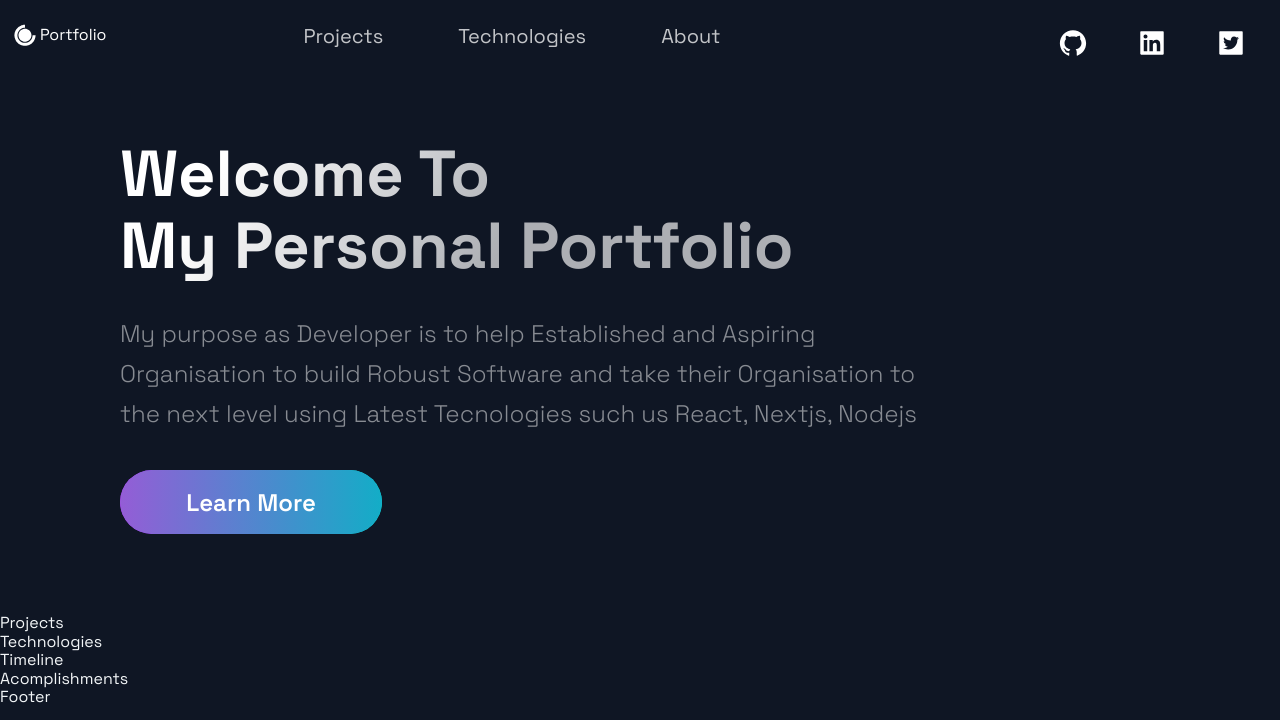
Repository: remydev47/portfolio2.0
Page: /
These files come from the project's save history. The page is drawn as it stood at one moment and after the next save; the edit follows.
The browser window is 1280 px wide. The pictures show the whole page.
The project was rebuilt for these pictures with package versions that can differ from the ones it lists, and the page was loaded fresh each time. The framework's server and built-in components were replaced by stand-ins that run in the browser. Also part of the build but not shown: next.config.js, src/components/BackgrooundAnimation/BackgroundAnimation.js. Imported but missing from the stored project, and not drawn on this page: src/constants/constants.

Above is the page before, as saved 2022-04-28 20:57:31.

### src/components/Hero/Hero.js
import React from 'react';

import { Section, SectionText, SectionTitle } from '../../styles/GlobalComponents';
import Button from '../../styles/GlobalComponents/Button';
import { LeftSection } from './HeroStyles';

const Hero = (props) => (
 <Section row nopadding>
   <LeftSection>
     <SectionTitle main center>
      {/* Hello i do development services*/}
       Welcome To<br/>
       My Personal Portfolio
     </SectionTitle>
     <SectionText>
       My purpose as Developer is to help Established and Aspiring Organisation to build Robust Software and take their Organisation to the next level using Latest Tecnologies such us React, Nextjs, Nodejs
     </SectionText>
     <Button onClick={() => window.location = 'https://google.com'}>Learn More</Button>
   </LeftSection>
 </Section>
);

export default Hero;

### src/components/TimeLine/TimeLine.js
import React, { useState, useRef, useEffect } from 'react';

import { CarouselButton, CarouselButtonDot, CarouselButtons, CarouselContainer, CarouselItem, CarouselItemImg, CarouselItemText, CarouselItemTitle, CarouselMobileScrollNode } from './TimeLineStyles';
import { Section, SectionDivider, SectionText, SectionTitle } from '../../styles/GlobalComponents';
import { TimeLineData } from '../../constants/constants';

const TOTAL_CAROUSEL_COUNT = TimeLineData.length;

const Timeline = () => {
  // const [activeItem, setActiveItem] = useState(0);
  // const carouselRef = useRef();

  // const scroll = (node, left) => {
  //   return node.scrollTo({ left, behavior: 'smooth' });
  // }

  // const handleClick = (e, i) => {
  //   e.preventDefault();

  //   if (carouselRef.current) {
  //     const scrollLeft = Math.floor(carouselRef.current.scrollWidth * 0.7 * (i / TimeLineData.length));

  //     scroll(carouselRef.current, scrollLeft);
  //   }
  // }

  // const handleScroll = () => {
  //   if (carouselRef.current) {
  //     const index = Math.round((carouselRef.current.scrollLeft / (carouselRef.current.scrollWidth * 0.7)) * TimeLineData.length);

  //     setActiveItem(index);
  //   }
  // }

  // // snap back to beginning of scroll when window is resized
  // // avoids a bug where content is covered up if coming from smaller screen
  // useEffect(() => {
  //   const handleResize = () => {
  //     scroll(carouselRef.current, 0);
  //   }

  //   window.addEventListener('resize', handleResize);
  // }, []);

  return (
    <div>
      Timeline
    </div>
  );
};

export default Timeline;

### src/styles/globals.js
import { createGlobalStyle } from 'styled-components';
import { normalize } from 'styled-normalize';

const GlobalStyles = createGlobalStyle`
  ${normalize};

  * {
    box-sizing: border-box;
    margin: 0;
    padding: 0;
  }
  html {
    font-size: 62.5%;
    scroll-behavior: smooth;

  }
  body {
    font-family: ${props => props.theme.fonts.main};
    font-size: 1.6rem;
    background: ${props => props.theme.colors.background1};
    color: ${props => props.theme.colors.primary1};
    cursor: default;

  }
  h1,h2,h3,h4,h5,h6,button {
    font-family: ${props => props.theme.fonts.title};
  }
  a {
    text-decoration: none;
  }
  li{
    list-style: none;
  }

`;

export default GlobalStyles;

### src/components/Acomplishments/AcomplishmentsStyles.js
import styled from "styled-components"

export const Boxes = styled.div`
  width: 100%;
  display: grid;
  grid-template-columns: repeat(4, 1fr);
  gap: 24px;
  margin: 24px 0 40px;

  @media ${props => props.theme.breakpoints.md}{
    gap: 16px;
    margin: 20px 0 32px;
    grid-template-columns: repeat(auto-fit, minmax(140px, 1fr));
  }

  @media ${props => props.theme.breakpoints.sm}{
    display: grid;
    grid-template-columns: repeat(2, 1fr);
    gap: 10px;
    max-width: 500px;
    margin: 24px auto;
  }
`

export const Box = styled.div`
  background: #212D45;
  border-radius: 12px;
  height: 144px;
  padding: 24px;
  @media ${props => props.theme.breakpoints.lg} {
    height: 210px;

  }

  @media ${props => props.theme.breakpoints.md} {
    height: 135px;
    padding: 16px;
  }

  @media ${props => props.theme.breakpoints.sm} {
    height: 110px;
    padding: 12px;

    &:nth-child(2n){
      grid-row:2;
    }
  }
`
export const BoxNum = styled.h5`
  font-style: normal;
  font-weight: 600;
  font-size: 36px;
  line-height: 40px;
  letter-spacing: 0.01em;
  color: #FFFFFF;
  margin-bottom: 8px;

  @media ${props => props.theme.breakpoints.md} {
    font-size: 28px;
    line-height: 32px;
  }
  @media ${props => props.theme.breakpoints.sm} {
    font-size: 24px;
    line-height: 26px;
}
`

export const BoxText = styled.p`
  font-style: normal;
  font-weight: normal;
  font-size: 18px;
  line-height: 24px;
  letter-spacing: 0.02em;
  color: rgba(255, 255, 255, 0.75);

  @media ${props => props.theme.breakpoints.md}{
    font-size: 16px;
    line-height: 20px;
  };

  @media ${props => props.theme.breakpoints.sm} {
    font-size: 10px;
    line-height: 14px;
  }
`

export const Join = styled.div`
  display: flex;
  max-width: 1040px;
  justify-content: center;
  align-items: center;
  padding-bottom: 80px;

  @media ${props => props.theme.breakpoints.md}{
    display: flex;
    justify-content: center;
    padding-bottom: 64px;
  }

  @media ${props => props.theme.breakpoints.sm}{
    display: flex;
    flex-direction: column;
    align-items: center;
    padding-bottom: 32px;
  }
`

export const JoinText = styled.h5`
  display: flex;
  font-size: 24px;
  line-height: 40px;
  letter-spacing: 0.02em;
  color: rgba(255, 255, 255, 0.5);

@media ${props => props.theme.breakpoints.md}{
  line-height: 32px;
  font-size: 20px;
};

@media ${props => props.theme.breakpoints.sm}{
  font-size: 16px;
  line-height: 24px;
  margin: 0 0 16px;
}
`

export const IconContainer = styled.div`
  display: flex;

  @media ${props => props.theme.breakpoints.sm}{
    width: 160px;
    justify-content: space-between;
  }
`

### src/components/Projects/ProjectsStyles.js
import styled from 'styled-components';

export const Img = styled.img`
  width:100%;
  height:100%;
  object-fit: cover;
  overflow: hidden;
`

export const GridContainer = styled.section`
display: grid;
grid-template-columns: repeat(auto-fill, minmax(400px, 1fr));
padding: 3rem;
place-items: center;
column-gap: 2rem;
row-gap: 3rem;
@media ${(props) => props.theme.breakpoints.sm} {
  display: flex;
  flex-direction: column;
  padding: 2rem;
  padding-bottom: 0;
}

`
export const BlogCard = styled.div`
  border-radius: 10px;
  box-shadow: 3px 3px 20px rgba(80, 78, 78, 0.5);
  text-align: center;
  width: 400px;
  @media ${(props) => props.theme.breakpoints.sm} {
    width: 100%;
  }
`;
export const TitleContent = styled.div`
  text-align: center;
  z-index: 20;
  width: 100%;

`;


export const HeaderThree = styled.h3`
  font-weight: 500;
  letter-spacing: 2px;
  color: #9cc9e3;
  padding: .5rem 0;
  font-size: ${(props) => props.title ? '3rem' : '2rem'};
`;

export const Hr = styled.hr`
  width: 50px;
  height: 3px;
  margin: 20px auto;
  border: 0;
  background: #d0bb57;
`;

export const Intro = styled.div`
  width: 170px;
  margin: 0 auto;
  color: #dce3e7;
  font-family: 'Droid Serif', serif;
  font-size: 13px;
  font-style: italic;
  line-height: 18px;
`;


export const CardInfo = styled.p`
  width: 100%;
  padding: 0 50px;
  color: #e4e6e7;
  font-style: 2rem;
  line-height: 24px;
  text-align: justify;
  @media ${(props) => props.theme.breakpoints.sm} {
    padding:.3rem

}
`;


export const UtilityList = styled.ul`
  list-style-type: none;
  padding: 0;
  display: flex;
  justify-content: space-around;
  margin: 2.5rem 0;
`;

export const ExternalLinks = styled.a`
color:#d4c0c0;
font-size: 1.6rem;
padding:1rem 1.5rem;
background: #6b3030;
border-radius: 15px;
transition: 0.5s;
&:hover{
  background: #801414;

}
`;

export const TagList = styled.ul`
display: flex;
justify-content: space-around;
padding: 2rem;
`
export const Tag = styled.li`
color: #d8bfbf;
font-size: 1.5rem;
`

### src/components/Technologies/TechnologiesStyles.js
import styled from 'styled-components'

export const ImageContainer = styled.div`
  text-align: center;
  background-image: radial-gradient(50% 50% at 50% 50%, rgba(79, 108, 176, 0.25) 53.8%, rgba(79, 108, 176, 0) 100%);
  width: 100%;
  padding: 60px;
  margin-top: 48px;
  display: flex;
  flex-direction: column;
  align-items: center;
  justify-content: center;

  @media ${props => props.theme.breakpoints.lg} {
    background-image: none;
    padding: 0;
    margin-top: 40px;
  }
  @media ${props => props.theme.breakpoints.md} {
    background-image: none;
    padding: 0;
    margin-top: 16px;
  }
`

export const MainImage = styled.img`
  width: 100%;
`

export const List = styled.ul`
  list-style-type: none;
  display: grid;
  grid-template-columns: repeat(3, 1fr);
  gap: 40px;
  margin: 3rem 0;

  @media ${props => props.theme.breakpoints.lg}{
    margin: 64px 0;
  }

  @media ${props => props.theme.breakpoints.md}{
    margin: 64px 0;
    gap: 24px
  }

  @media ${props => props.theme.breakpoints.sm}{
    display: flex;
    flex-direction: column;
    margin: 32px 0;
  }
`

export const ListContainer = styled.div`
  display: flex;
  flex-direction: column;

  @media ${props => props.theme.breakpoints.sm}{
    display: flex;
    margin-left: 18px;
  }
`

export const ListTitle = styled.h4`
  font-weight: 700;
  font-size: 28px;
  line-height: 32px;
  letter-spacing: 0.02em;
  color: #FFFFFF;
  margin-bottom: 8px;

@media ${props => props.theme.breakpoints.md}{
  font-size: 24px;
  line-height: 28px;
}

@media ${props => props.theme.breakpoints.sm}{
  font-size: 20px;
  line-height: 28px;
  letter-spacing: 0.02em;
  margin-bottom: 4px;
}
`

export const ListParagraph = styled.p`
  font-size: 18px;
  line-height: 30px;
  color: rgba(255, 255, 255, 0.75);

  @media ${props => props.theme.breakpoints.md}{
    font-size: 16px;
    line-height: 28px;
  }

  @media ${props => props.theme.breakpoints.sm}{
    font-size: 14px;
    line-height: 22px;
  }
`

export const ListItem = styled.li`
  max-width: 320px;
  display: flex;
  flex-direction: column;

@media ${props => props.theme.breakpoints.md}{
  max-width: 203px;
}

@media ${props => props.theme.breakpoints.sm}{
  margin-bottom: 14px;
  max-width: 320px;
  flex-direction: row;
}
`

export const ListIcon = styled.img`
  display: block;
  width: 48px;
  height: 48px;
  margin-bottom: 10px;

  @media ${props => props.theme.breakpoints.md}{
    width: 40px;
    height: 40px;
    margin-bottom: 8px;
  }

  @media ${props => props.theme.breakpoints.sm}{
    width: 32px;
    height: 32px;
    margin-bottom: 0px;
  }
`

### src/components/TimeLine/TimeLineStyles.js

import styled from 'styled-components'

export const CarouselContainer = styled.ul`
  max-width: 1040px;
  background: #0F1624;
  padding: 0rem;
  list-style:none;
  display: flex;
  justify-content: space-between;
  /* overflow-x: hidden; */

  margin-left: 32px;
  &:first-of-type{
    margin-left: 0px;
  }

  margin-bottom: 80px;

  //remove scrollbar
  scrollbar-width: none;
   &::-webkit-scrollbar {
     display: none;
   }

  @media ${props => props.theme.breakpoints.sm} {
    overflow-x: scroll;
    -webkit-overflow-scrolling: touch;
    scroll-snap-type: x mandatory;
    touch-action: pan-x;
    justify-content: initial;
    margin-bottom: 8px;
  }
`
export const CarouselMobileScrollNode = styled.div`
  @media ${props => props.theme.breakpoints.sm} {
    display: flex;
    min-width: ${({ final }) => final ? `120%;` : `min-content`}
  }
`

export const CarouselItem = styled.div`
  background: #0F1624;
  border-radius: 3px;
  max-width: 196px;

  @media ${props => props.theme.breakpoints.md} {
    max-width: 124px;
  }

  @media ${props => props.theme.breakpoints.sm} {
    margin-left: 32px;
    min-width: 120px;
    background: #0E131F;
    padding: 4px;
    align-content: start;
    scroll-snap-align: start;
    border-radius: 3px;
    overflow: visible;
    position: relative;
    height: fit-content;

    ${(props) => props.active === props.index ? `opacity: 1` : `opacity: 0.5`};
  }
`

export const CarouselItemTitle = styled.h4`
  font-weight: bold;
  font-size: 24px;
  line-height: 32px;
  letter-spacing: 0.02em;
  display: flex;
  /* This gradient is different due to the size of the Title container, it must transition sooner to be visible on the text */
  background: linear-gradient(121.57deg, #FFFFFF 10%, rgba(255, 255, 255, 0.66) 30.15%);
  -webkit-background-clip: text;
  -webkit-text-fill-color: transparent;
  margin-bottom: 8px;

  @media ${props => props.theme.breakpoints.md} {
    font-size: 20px;
    line-height: 28px;
    margin-bottom: 4px;
  }

  @media ${props => props.theme.breakpoints.sm} {
    font-size: 16px;
    line-height: 24px;
  }
`
export const CarouselItemImg = styled.svg`
  margin-left: 21px;
  -webkit-mask-image: linear-gradient(to right, rgba(0,0,0,1), rgba(0,0,0,0));
  width: 100%;

  @media ${props => props.theme.breakpoints.sm} {
    -webkit-mask-image: none;
    margin-left: 16px;
    overflow: visible;
  }
`

export const CarouselItemText = styled.p`
  font-size: 14px;
  line-height: 22px;
  letter-spacing: 0.02em;
  color: rgba(255, 255, 255, 0.75);
  padding-right: 16px;

  @media ${props => props.theme.breakpoints.md} {
    font-size: 12px;
    line-height: 18px;
    padding-right: 32px;
  }
  @media ${props => props.theme.breakpoints.sm} {
    font-size: 10px;
    line-height: 16px;
    padding-right: 0;
  }
`
export const CarouselButtons = styled.div`
  width: 288px;

  display: none;
  visibility: hidden;

  @media ${props => props.theme.breakpoints.sm} {
    display: flex;
    visibility: visible;
    margin-bottom: 48px;
  }
`

export const CarouselButton = styled.button`
  box-sizing: border-box;
  background: none;
  padding: 4px;
  border: none;
  cursor: pointer;
  margin-right: 4px;
  opacity: ${(props) => props.active === props.index ? `1` : `.33`};
  transform: ${(props) => props.active === props.index ? `scale(1.6)` : `scale(1)`};

  &:focus {
    outline: none;
  }
`

export const CarouselButtonDot = styled.div`
  background-color: white;
  border-radius: 10px;
  margin: auto;
  width: 3px;
  height: 3px;
`

### src/components/Header/Header.js
import Link from 'next/link';
import React from 'react';
import { AiFillGithub, AiFillInstagram, AiFillLinkedin, AiFillTwitterSquare } from 'react-icons/ai';
import { DiCssdeck } from 'react-icons/di';

import { Container, Div1, Div2, Div3, NavLink, SocialIcons, Span } from './HeaderStyles';

const Header = () =>  (
  <Container>
    <Div1>
      <Link href="/">
        <a style={{ display: "flex", alignItems:"center" , color:"white",  marginBottom:"20px" }}>
          <DiCssdeck size="3rem"/><Span>Portfolio</Span>
        </a>
      </Link>
    </Div1>
    <Div2>
      <l1>
        <Link href="#projects">
          <NavLink>Projects</NavLink>
        </Link>
      </l1>
      <l1>
        <Link href="#tech">
          <NavLink>Technologies</NavLink>
        </Link>
      </l1>
      <l1>
        <Link href="#about">
          <NavLink>About</NavLink>
        </Link>
      </l1>
    </Div2>
    <Div3>
      <SocialIcons href="https://github.com">
        <AiFillGithub size="3rem"/>
      </SocialIcons>
      <SocialIcons href="https://linkedin.com">
        <AiFillLinkedin size="3rem"/>
      </SocialIcons>
      <SocialIcons href="https://twitter.com">
        <AiFillTwitterSquare size="3rem"/>
      </SocialIcons>
    </Div3>
  </Container>
);

export default Header;

### src/components/Header/HeaderStyles.js
import { IoIosArrowDropdown } from 'react-icons/io';
import styled from 'styled-components';

export const Container = styled.div`
  display: grid;
  grid-template-columns: repeat(5, 1fr);
  grid-template-rows: 1fr;
  grid-column-gap: 2rem;
  padding: 1rem;
  padding-top: 2rem;

  @media ${(props) => props.theme.breakpoints.sm} {
    display: grid;
    grid-template-columns: repeat(5, 1fr);
    grid-template-rows: repeat(2, 60px);
    grid-column-gap: 0.5rem;
    grid-row-gap: 0.5rem;
  }
`;

export const Span = styled.span`
  fontsize: 2rem
`;

export const Div1 = styled.div`
  grid-area: 1 / 1 / 2 / 2;
  display: flex;
  flex-direction: row;
  align-content: center;
  @media ${(props) => props.theme.breakpoints.sm} {
    grid-area: 1 / 1 / 2 / 3;
  }
`;
export const Div2 = styled.div`
  grid-area: 1 / 2 / 2 / 4;
  display: flex;
  justify-content: space-around;
  @media ${(props) => props.theme.breakpoints.sm} {
    grid-area: 2 / 2 / 3 / 5;
  }
`;
export const Div3 = styled.div`
  grid-area: 1 / 5 / 2 / 6;
  display: flex;
  justify-content: space-around;
  align-items: center;
  @media ${(props) => props.theme.breakpoints.sm} {
    align-items: center;
    grid-area: 1 / 4 / 2 / 6;
  }
`;

// Navigation Links
export const NavLink = styled.a`
  font-size: 2rem;
  line-height: 32px;
  color: rgba(255, 255, 255, 0.75);
  transition: 0.4s ease;
  &:hover {
    color: #fff;
    opacity: 1;
    cursor: pointer;
  }
  @media ${(props) => props.theme.breakpoints.sm} {
    padding: 0.5rem;
  }
`;

/// DropDown Contact
export const ContactDropDown = styled.button`
  border: none;
  display: flex;
  position: relative;
  background: none;
  font-size: 1.7rem;

  line-height: 32px;
  color: rgba(255, 255, 255, 0.75);
  cursor: pointer;
  transition: 0.3s ease;

  &:focus {
    outline: none;
  }
  &:hover {
    color: #fff;
  }

  @media ${(props) => props.theme.breakpoints.sm} {
    padding: 0.4rem 0;
  }
  @media ${(props) => props.theme.breakpoints.md} {
    padding: 0;
  }
`;

export const NavProductsIcon = styled(IoIosArrowDropdown)`
  margin-left: 8px;
  display: flex;
  align-self: center;
  transition: 0.3s ease;
  opacity: ${({ isOpen }) => (isOpen ? '1' : '.75')};
  transform: ${({ isOpen }) => (isOpen ? 'scaleY(-1)' : 'scaleY(1)')};

  &:hover {
    opacity: 1;
  }

  @media ${(props) => props.theme.breakpoints.sm} {
    margin: 2px 0 0 2px;
    width: 15px;
  }
`;


// Social Icons

export const SocialIcons = styled.a`
transition: 0.3s ease;
color: white;
border-radius: 50px;
  padding: 8px;
&:hover {
    background-color: #212d45;
    transform: scale(1.2);
    cursor: pointer;

  }
`

### src/components/Footer/FooterStyles.js
import styled from "styled-components"

export const FooterWrapper = styled.section`
	width: calc(100vw - 96px);
  max-width: 1040px;
  padding: 2rem 48px 40px;
  margin: 1rem auto;
  box-sizing: content-box;


  @media ${props => props.theme.breakpoints.sm} {
    padding: 0 16px 48px;
    width: calc(100vw - 32px);
  }
`

export const LinkItem = styled.a`
	font-size: 18px;
	line-height: 30px;
	color: rgba(255, 255, 255, 0.75);
	margin-bottom: 16px;
	transition: .3s ease;
	position: relative;
	left: 0;

	&:hover {
		color: #fff;
		left: 6px;
	}

	@media ${props => props.theme.breakpoints.md} {
		font-size: 16px;
		line-height: 28px;
		display: flex;
	}

	@media ${props => props.theme.breakpoints.sm} {
		font-size: 8px;
		line-height: 14px;
		margin-bottom: 8px;
		display: flex;
		align-items: center;
	}
`

export const SocialIconsContainer = styled.div`
max-width: 1040px;
display: flex;
justify-content: space-between;

@media ${props => props.theme.breakpoints.md}{
  display: flex;
  justify-content: space-between;
}

@media ${props => props.theme.breakpoints.sm}{
  display: flex;
	width: 100%;
  flex-direction: column;
}
`

export const CompanyContainer = styled.div`
  display: flex;
	align-items:baseline;
	flex-wrap: wrap;
	margin-right: auto;


	@media ${props => props.theme.breakpoints.md}{
		flex-direction: column;
		align-items: baseline;
	}

	@media ${props => props.theme.breakpoints.sm}{
		display: flex;
		flex-direction: column;
		margin: 0 0 32px;
		align-items: center;
	}
`


export const Slogan = styled.p`
	color: rgba(255, 255, 255, 0.5);
	min-width: 280px;
	letter-spacing: 0.02em;
	font-size: 18px;
	line-height: 30px;
	padding: 1rem;

	@media ${props => props.theme.breakpoints.md}{
		font-size: 16px;
		line-height: 28px;
	}

	@media ${props => props.theme.breakpoints.sm}{
		line-height: 22px;
		font-size: 14px;
		min-width: 100px;
	}
`

export const SocialContainer = styled.div`
	display: flex;
  align-items: center;

	@media ${props => props.theme.breakpoints.md}{
		justify-content: center;
		padding-right: 16px;
		flex-wrap: wrap;
	}
`


export const LinkList = styled.ul`
	border-top: 1px solid rgba(255, 255, 255, 0.1);
  display: grid;
	grid-template-columns: repeat(3, minmax(85px, 220px));
	gap: 40px;
  padding: 40px 0 28px;

	@media ${props => props.theme.breakpoints.lg} {
		padding: 32px 0 16px;
	}

	@media ${props => props.theme.breakpoints.md} {
		width: 100%;
		padding: 32px 0 16px;
		gap: 16px;
	}
	@media ${props => props.theme.breakpoints.sm} {
		width: 100%;
		padding: 32px 4px 16px;
		gap: 5px;
	}
`

export const LinkColumn = styled.div`
	display: flex;
	flex-direction: column;
	max-width: 220px;
	width: 100%;
`
export const LinkTitle = styled.h4`
	font-style: normal;
	font-weight: 600;
	font-size: 12px;
	line-height: 24px;
	text-transform: uppercase;
	color: rgba(255, 255, 255, 0.4);
	margin-bottom: 16px;

	@media ${props => props.theme.breakpoints.sm} {
		font-size: 10px;
		line-height: 12px;
		margin-bottom: 8px;
	}
`

Loaded but not shown: src/pages/_app.js (common file); src/pages/_document.js (common file); src/pages/index.js (common file); src/styles/theme.js (common file); src/components/Acomplishments/Acomplishments.js (common file); src/components/Projects/Projects.js (common file); src/components/Technologies/Technologies.js (common file); src/layout/Layout.js (common file); src/themes/default.js (common file); src/styles/GlobalComponents/Button.js (common file); src/components/Hero/HeroStyles.js (common file); src/components/Footer/Footer.js (common file); src/layout/LayoutStyles.js (common file); src/styles/GlobalComponents/index.js (281 lines, source omitted)

After the next save:
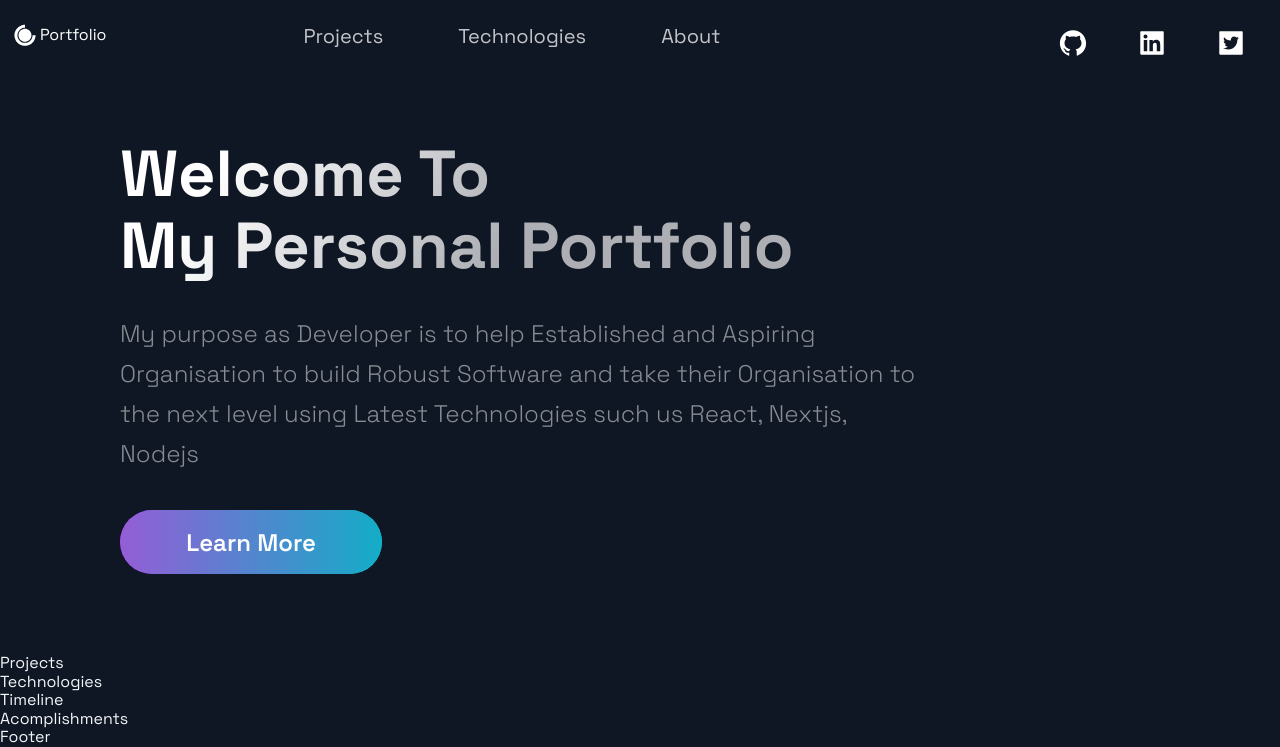
Saved 24 s later.
--- a/src/components/Hero/Hero.js
+++ b/src/components/Hero/Hero.js
@@ -13,7 +13,7 @@ const Hero = (props) => (
        My Personal Portfolio
      </SectionTitle>
      <SectionText>
-       My purpose as Developer is to help Established and Aspiring Organisation to build Robust Software and take their Organisation to the next level using Latest Tecnologies such us React, Nextjs, Nodejs
+       My purpose as Developer is to help Established and Aspiring Organisation to build Robust Software and take their Organisation to the next level using Latest Technologies such us React, Nextjs, Nodejs
      </SectionText>
      <Button onClick={() => window.location = 'https://google.com'}>Learn More</Button>
    </LeftSection>
